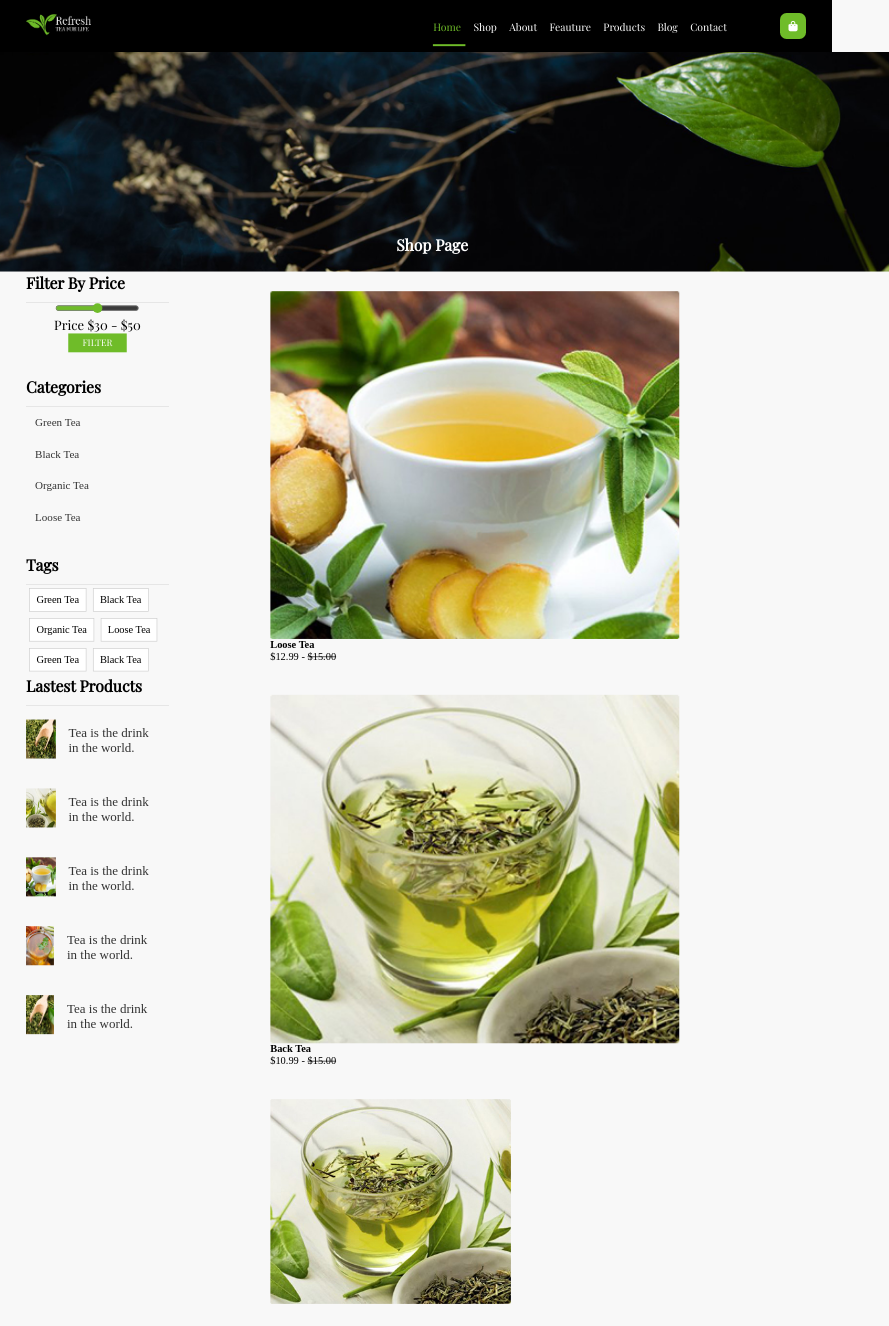
Repository: 52hzwhaleblue/school_teashop
Page: shop.html
An editor plug-in stored every save of this project. The page is shown before and after the next save, followed by the edit.
The browser window is 1280 px wide. The page is 1368 px wide, so the pictures cover 1368 px, including what lies to the right of the window. The pictures show the whole page, at 65% of full size.
Some web libraries are served in a nearby version.

Above is the page before, as saved 2022-05-05 22:58:46.

After the next save:
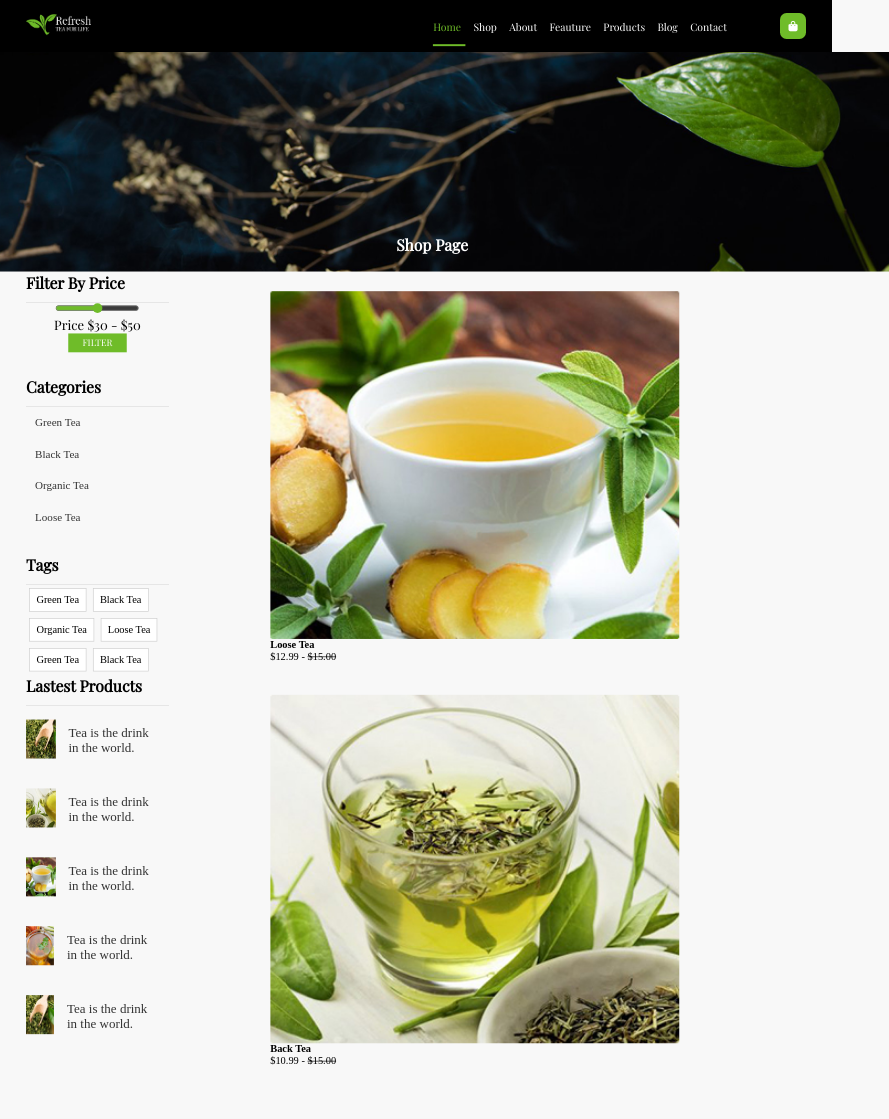
Saved 16 s later.
--- a/shop.html
+++ b/shop.html
@@ -184,7 +184,7 @@
                         <h4>Back Tea</h4>
                         <p>$10.99 - <del>$15.00</del></p>
                     </div>
-                    <img src="images/product-9.jpg">
+
                 </div>
 
             </div>
